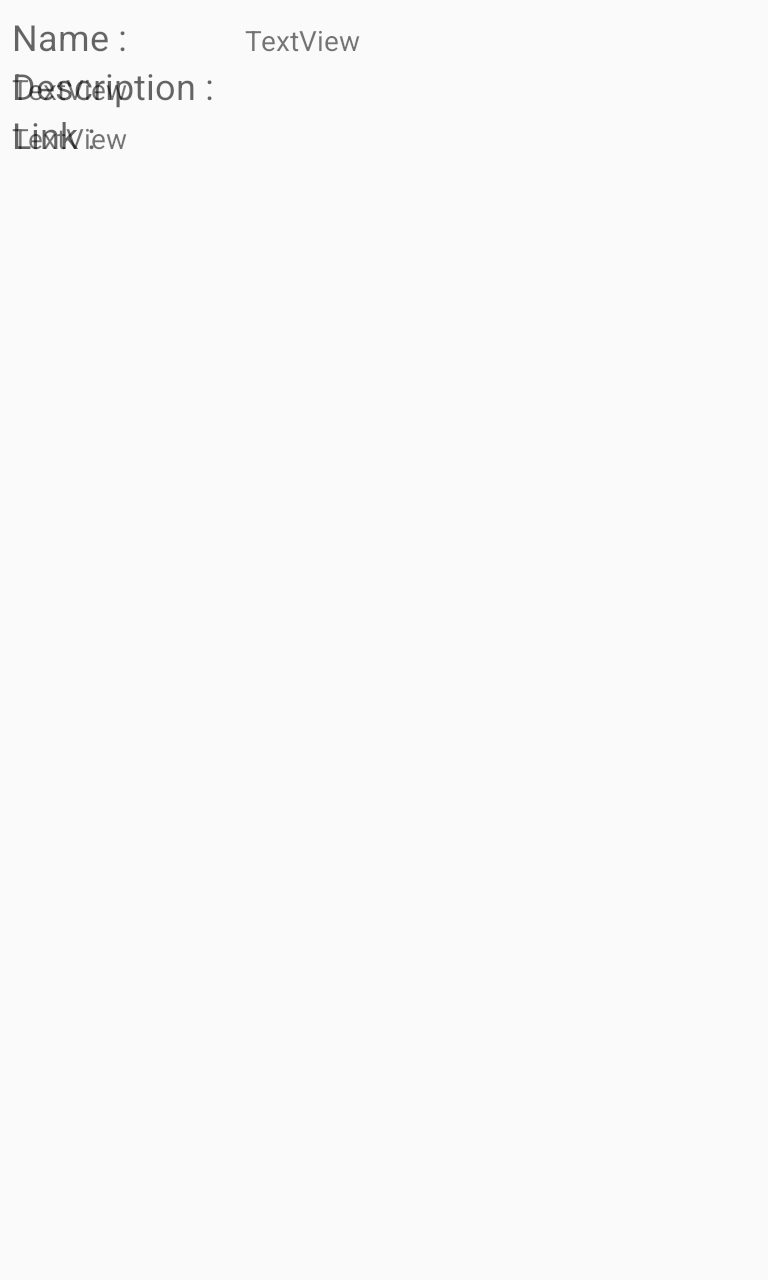
Repository: HAYKEL88/MASTER2_PFE
Layout: PFE_ANDROID/res/layout/objectifslist.xml
An editor plug-in stored every save of this project. The layout is shown before and after the next save, followed by the edit.
It is drawn on a 768 x 1280 px phone screen (xhdpi) without system bars, with theme AppTheme; the app's code is not run.

Above is the layout before, as saved 2014-12-18 21:04:41.

After the next save:
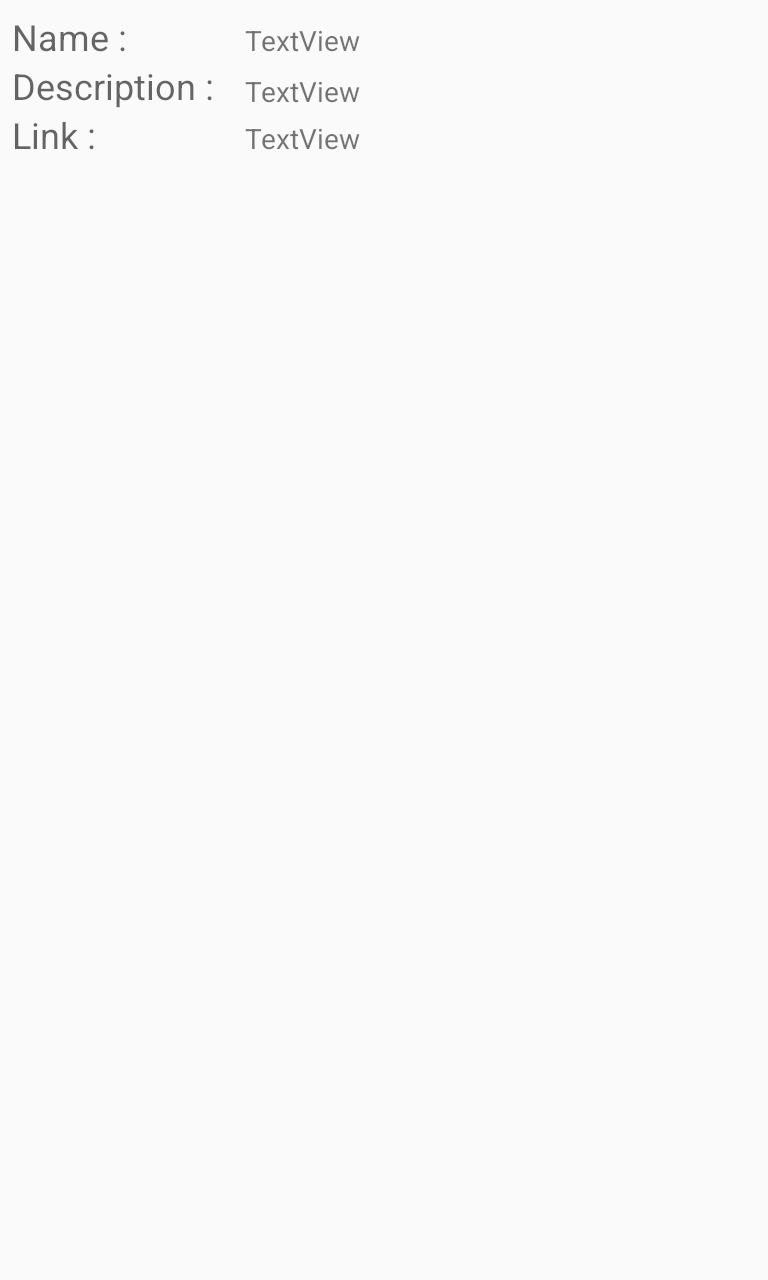
Saved 25 s later.
--- a/PFE_ANDROID/res/layout/objectifslist.xml
+++ b/PFE_ANDROID/res/layout/objectifslist.xml
@@ -46,9 +46,8 @@
         android:id="@+id/tvServiceDescription"
         android:layout_width="wrap_content"
         android:layout_height="wrap_content"
-        android:layout_alignBaseline="@+id/textView2"
-        android:layout_alignBottom="@+id/textView2"
-        android:layout_alignLeft="@+id/tvFN"
+        android:layout_above="@+id/textView3"
+        android:layout_alignLeft="@+id/tvServiceName"
         android:text="TextView" />
 
     <TextView
@@ -57,7 +56,7 @@
         android:layout_height="wrap_content"
         android:layout_alignBaseline="@+id/textView3"
         android:layout_alignBottom="@+id/textView3"
-        android:layout_alignLeft="@+id/tvLN"
+        android:layout_alignLeft="@+id/tvServiceDescription"
         android:text="TextView" />
 
 </RelativeLayout>
